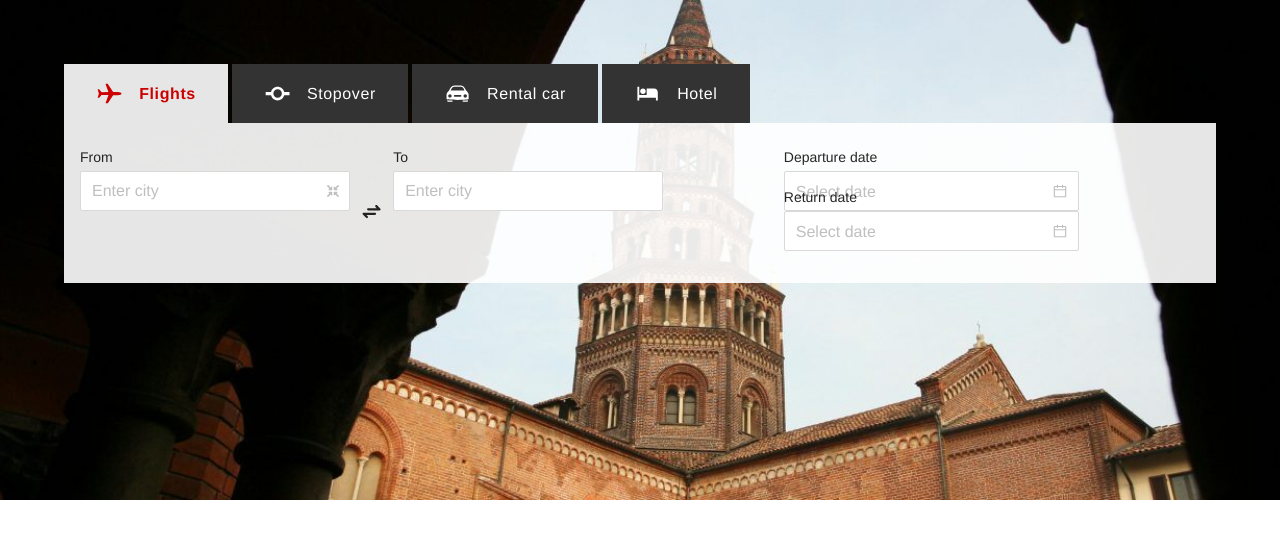
Repository: guidogr95/Everymundo-Excercise
Page: /
An editor plug-in stored every save of this project. The page is shown before and after the next save, followed by the edit.
The browser window is 1280 px wide. The pictures show the whole page.
The project was rebuilt for these pictures with package versions that can differ from the ones it lists, and the page was loaded fresh each time. Also part of the build but not shown: src/components/CustomSpin/customspin.scss.

Above is the page before, as saved 2021-07-01 20:02:19.

### src/index.jsx
import React from 'react';
import ReactDOM from 'react-dom';
import App from './App';
import reportWebVitals from './reportWebVitals';
// redux
import { createStore } from 'redux'
import { Provider } from 'react-redux'
import { flightReducer } from 'src/redux/reducers/flightReducer'
const store = createStore(flightReducer)

ReactDOM.render(
  <React.StrictMode>
    <Provider store={store}>
      <App />
    </Provider>
  </React.StrictMode>,
  document.getElementById('root')
);

// If you want to start measuring performance in your app, pass a function
// to log results (for example: reportWebVitals(console.log))
// or send to an analytics endpoint. Learn more: https://bit.ly/CRA-vitals
reportWebVitals();

### src/App.jsx
// utils
import {
  QueryClient,
  QueryClientProvider,
} from 'react-query'
// styles
import 'antd/dist/antd.css';
import './app.scss';
// components
import BookingMask from 'src/components/BookingMask'

const queryClient = new QueryClient({
  defaultOptions: {
    queries: {
      refetchOnWindowFocus: false,
    },
  },
})

function App() {
  return (
    <QueryClientProvider client={queryClient}>
      <div className="App">
        <div className="flightmanager-container container" >
          <BookingMask />
        </div>
      </div>
    </QueryClientProvider>
  );
}

export default App;

### src/redux/reducers/flightReducer.js
const initialState = {
    geo: {
      origin: '',
      desination: ''
    },
    date: {
      departure: '',
      toReturn: '',
    }
};

export const flightReducer = (state = initialState, action) => {
  switch(action.type){
    case '@geo/update-origin':
      return {
          ...state,
          geo: {
          ...state.geo,
          origin: action.payload
        }
      }
    case '@geo/update-destination':
      return {
          ...state,
          geo: {
          ...state.geo,
          destination: action.payload
        }
      }
    case '@date/update-departure':
      return {
          ...state,
          date: {
          ...state.date,
          departure: action.payload
        }
      }
    case '@date/update-to-return':
      return {
          ...state,
          date: {
          ...state.date,
          toReturn: action.payload
        }
      }
    default:
      return state;
  }
}

// action creators
// @geo
export const geoUpdateOrigin = (payload) => {
  return {
    type: '@geo/update-origin',
    payload
  }
}
export const geoUpdateDestination = (payload) => {
  return {
    type: '@geo/update-destination',
    payload
  }
}
// @date
export const dateUpdateDeparture = (payload) => {
  return {
    type: '@date/update-departure',
    payload
  }
}
export const dateUpdateToReturn = (payload) => {
  return {
    type: '@date/update-to-return',
    payload
  }
}

### src/app.scss
@import 'styles/global';

.App {
  .container {
    width: $desktop-maxwidth;
    max-width: 100%;
  }
  .flightmanager-container {
    background: url('./assets/images/bg.jpg');
    background-size: cover;
    background-position: center;
    min-height: 500px;
    margin: auto;
    padding: 4rem;
  }
}

### src/components/BookingMask/index.jsx
import { useState } from 'react'
// styles
import './bookingmask.scss'
// assets
import { IoIosAirplane, IoMdGitCommit, IoIosCar, IoMdBed } from 'react-icons/io'
// components
import EmptyTab from './EmptyTab'
import FlightsTab from './FlightsTab'

const BookingMask = () => {
  const tabs = [
    {
      name: 'Flights',
      icon: <IoIosAirplane />,
      component: <FlightsTab />
    },
    {
      name: 'Stopover',
      icon: <IoMdGitCommit />,
      component: <EmptyTab />
    },
    {
      name: 'Rental car',
      icon: <IoIosCar />,
      component: <EmptyTab />
    },
    {
      name: 'Hotel',
      icon: <IoMdBed />,
      component: <EmptyTab />
    }
  ]

  const [activeTab, setActiveTab] = useState(tabs[0].name)
  const handleTab = name => setActiveTab(name)

  return (
    <section className="bookingmask" >
      <ul className="bookingmask__nav" >
        {tabs.map(tab =>
          <button
            className={activeTab === tab.name ? 'active' : ''}
            onClick={() => handleTab(tab.name)}
            key={tab.name}
          >
            {tab.icon}<span>{tab.name}</span>
          </button>
        )}
      </ul>
      <div className="bookingmask__tabs-wrapper" >
          {tabs.map(tab =>
            <div
              key={tab.name}
              className={`bookingmask__tab${activeTab === tab.name ? ' active' : ''}`}
            >
              {tab.component}
            </div>
          )}
      </div>
    </section>
  )
}

export default BookingMask

### src/styles/_global.scss
@import 'variables';
@import 'mixins';

html,
body {
  position: relative;
  padding: 0;
  margin: 0;
  font-family: $font-family;
  -webkit-text-size-adjust: 100%;
  -webkit-font-smoothing: auto;
  -moz-font-smoothing: auto;
  -moz-osx-font-smoothing: auto;
  --antd-wave-shadow-color: #c00;
}
* {
  box-sizing: border-box;
}
ul {
  margin: 0;
  padding: 0;
}
button {
  border: none;
  cursor: pointer;
}
.ant-select {
  min-width: 270px;
}
.ant-select:not(.ant-select-disabled):hover .ant-select-selector,
.ant-select-focused:not(.ant-select-disabled).ant-select:not(.ant-select-customize-input) .ant-select-selector {
  border-color: $color-red !important;
}
body::-moz-selection,
body::selection {
  color: $color-red !important;
  background: $color-red !important;
}

### src/styles/_variables.scss
// measurements
$desktop-maxwidth: 90rem;
// colors
$color-red: #c00;
$color-gray: #333333;
$color-white: #fff;
// fonts
// font-family
$font-family: SwissText,Helvetica,Arial,sans-serif,LufthansaMamSymbolText;
// font-weight
$font-weight-medium: 700;
$font-weight-small: 300;
// font-size
$font-size-normal: 1rem;
$font-size-large: 1.7rem;
// line height
$line-height-medium: 2.2rem;
// letter spacing
$letter-spacing-small: .6px;

// tab variables
// colors
$color-active-tab-bg: hsla(0,0%,100%,.9);
// padding
$padding-tab-link: 1rem 2rem;
$padding-tab-content: 3rem 1rem 2rem 1rem;
// margin
$margin-tab-link: 0 0 0 .25rem;

### src/styles/_mixins.scss
// MIXINS
@mixin breakpoint($point) {
  @media (max-width: $point) {
    @content;
  }
}

### src/components/BookingMask/bookingmask.scss
@import '/src/styles/variables';
.bookingmask {
  &__nav {
    list-style: none;
    button {
      &:not(:first-of-type) {
        margin: $margin-tab-link;
      }
      color: $color-white;
      background: $color-gray;
      padding: $padding-tab-link;
      display: inline-flex;
      align-items: center;
      font-size: $font-size-normal;
      font-weight: $font-weight-small;
      letter-spacing: $letter-spacing-small;
      &.active {
        color: $color-red;
        font-weight: $font-weight-medium;
        background-color: $color-active-tab-bg;
      }
      svg {
        margin-right: 1rem;
        font-size: $font-size-large;
      }
    }
  }
  &__tabs-wrapper {
    position: relative;
  }
  &__tab {
    position: absolute;
    top: 0;
    left: 0;
    right: 0;
    padding: $padding-tab-content;
    background-color: $color-active-tab-bg;
    display: none;
    &.active {
      display: block;
    }
  }
}

### src/components/BookingMask/EmptyTab/index.jsx
const EmptyTab = () => {
  return (
    <div>
      some more stuff
    </div>
  )
}

export default EmptyTab

### src/components/BookingMask/FlightsTab/index.jsx

// components
import AirportInputs from './AirportInputs'
import DateInputs from './DateInputs'

import './flightstab.scss'

export default function FlightsTab () {
  return (
    <div className="bookingmask__flight" >
      <AirportInputs/>
      <DateInputs/>
    </div>
  )
}

### src/components/BookingMask/FlightsTab/AirportInputs/index.jsx
// assets
import { CgArrowsExchange } from 'react-icons/cg'
import { FaCompressArrowsAlt } from 'react-icons/fa'
// components
import AirportInput from './AirportInput'
// redux
import { useDispatch, useSelector } from 'react-redux'
import { geoUpdateOrigin, geoUpdateDestination } from 'src/redux/reducers/flightReducer'

import './airportinputs.scss'

export default function AirportInputs () {
  const state = useSelector(state => state.geo)
  const dispatch = useDispatch()
  const { origin, destination } = state

  return (
    <div className="bookingmask__flight--geo" >
      <AirportInput
        label="From"
        value={origin}
        setValue={(v) => dispatch(geoUpdateOrigin(v))}
        placeholder="Enter city"
        id="fromInput"
        showArrow={true}
        suffixIcon={<FaCompressArrowsAlt/>}
        />
      <span className="separator" >
        <CgArrowsExchange/>
      </span>
      <AirportInput
        label="To"
        value={destination}
        setValue={(v) => dispatch(geoUpdateDestination(v))}
        placeholder="Enter city"
        id="toInput"
        showArrow={false}
      />
    </div>
  )
}

### src/components/BookingMask/FlightsTab/DateInputs/index.jsx
// components
import DateInput from './DateInput'
// redux
import { useDispatch } from 'react-redux'
import { dateUpdateDeparture, dateUpdateToReturn } from 'src/redux/reducers/flightReducer'

export default function DateInputs () {
  const dispatch = useDispatch()
  return (
    <div className="bookingmask__flight--date" >
      <DateInput
          label="Departure date"
          id="depInput"
          setValue={(v) => dispatch(dateUpdateDeparture(v))}
      />

      <DateInput
          label="Return date"
          id="returnInput"
          setValue={(v) => dispatch(dateUpdateToReturn(v))}
      />
    </div>
  )
}

### src/components/BookingMask/FlightsTab/flightstab.scss
@import '/src/styles/variables';
.bookingmask__flight {
  display: grid;
  grid-template-columns: repeat(3, auto);
  .separator {
    display: flex;
    align-items: center;
    font-size: $font-size-large;
    padding: 0 .5rem;
  }
}

### src/components/BookingMask/FlightsTab/AirportInputs/AirportInput/index.jsx
import { useCallback, useState, useMemo } from 'react'
// utils
import throttle from 'lodash/throttle'
import { Select } from 'antd'
// api
import { fetchAirports } from 'src/api/fetchers'
// components
import CustomSpin from 'src/components/CustomSpin'

import './airportinput.scss'

const { Option } = Select;

const AirportInput = ({ placeholder, showArrow, suffixIcon, label, id , value, setValue }) => {

  const [isLoading, setIsLoading] = useState(false)
  const [data, setData] = useState([])

  const throttledFetch = useMemo(
    () =>
      throttle(val => {
        fetchAirports(val)
        .then((res) => setData(res.data || []))
        .catch(() => setData([]))
        .finally(() => {
          setIsLoading(false)
        })
      }, 2000),
    []
  )
  const handleSelect = useCallback(
    val => {
      setIsLoading(true)
      const innerVal = val || ''
      setValue(innerVal)
      // fetching api accepts a min of 3 letters for search
      if (innerVal.length <= 2) {
        setData([])
        setIsLoading(false)
      } else {
        throttledFetch(val)
      }
    },
    [throttledFetch, setValue]
  )

  return (
    <div className="airportinput__wrapper" >
      {label && <label htmlFor={id} >{label}</label>}
      <Select
        showSearch
        allowClear
        id={id}
        placeholder={placeholder || 'Enter city'}
        value={value || undefined}
        onSearch={handleSelect}
        onChange={(val) => setValue(val)}
        onClear={handleSelect}
        size='large'
        showArrow={showArrow}
        suffixIcon={suffixIcon}
        optionLabelProp='value'
        defaultActiveFirstOption={false}
        dropdownClassName="airportinput__dropdown"
        filterOption={false}
        notFoundContent={isLoading ? <CustomSpin size="medium"/> : null}
      >
        {data.length > 0
          ? data.map(airport =>
            <Option key={airport.iata} value={`${airport.city} - ${airport.iata}`} >
              <span>{airport.name}</span>
              <span>{airport.iata}</span>
              <span>{airport.country.name}</span>
            </Option>)
          : null
        }
      </Select>
    </div>
  )
}

export default AirportInput

### src/components/BookingMask/FlightsTab/AirportInputs/airportinputs.scss
.bookingmask__flight--geo {
  display: flex;
}

### src/components/BookingMask/FlightsTab/DateInputs/DateInput/index.jsx
import { DatePicker } from 'antd'
import { useState } from 'react'

import './dateinput.scss'

const DateInput = ({ id, label, setValue }) => {
  const [dateObj, setDateObj] = useState('')
  const onChange = (date, dateString) => {
    setDateObj(date)
    setValue(dateString)
  }
  return (
    <div className="dateinput__wrapper" >
      {label && <label htmlFor={id} >{label}</label>}
      <DatePicker
        size="large"
        id={id}
        value={dateObj}
        onChange={onChange}
      />
    </div>
  )
}

export default DateInput

### src/api/fetchers.js
// utils
import axios from 'axios'

const apiUrl = 'https://airportnames.vercel.app/api'

const fetchAirports = (term) => axios.post(`${apiUrl}/getAirports`, { term })

export {
  fetchAirports
}

### src/components/CustomSpin/index.jsx
import { Spin } from 'antd'
import { LoadingOutlined } from '@ant-design/icons'

import './customspin.scss'

const antIcon = <LoadingOutlined className="customspin" spin />

const CustomSpin = (props) => <Spin indicator={antIcon} {...props} />

export default CustomSpin

### src/components/BookingMask/FlightsTab/AirportInputs/AirportInput/airportinput.scss
.airportinput__dropdown {
  .ant-select-item-empty {
    text-align: center;
  }
  .ant-select-item-option-content {
    display: flex;
    flex-direction: column;
    span:nth-of-type(2) {
      font-weight: bold;
    }
  }
}
.airportinput__wrapper {
  display: flex;
  flex-direction: column;
  position: relative;
  label {
    position: absolute;
    left: 0;
    bottom: calc(100% + .2rem);
  }
}

### src/components/BookingMask/FlightsTab/DateInputs/DateInput/dateinput.scss
.dateinput__wrapper {
  display: flex;
  flex-direction: column;
  position: relative;
  label {
    position: absolute;
    left: 0;
    bottom: calc(100% + .2rem);
  }
}

### src/components/BookingMask/FlightsTab/DateInputs/dateinputs.scss
.bookingmask__flight--date {
  display: flex;
}

Loaded but not shown: public/index.html (common file); src/reportWebVitals.js (common file)

After the next save:
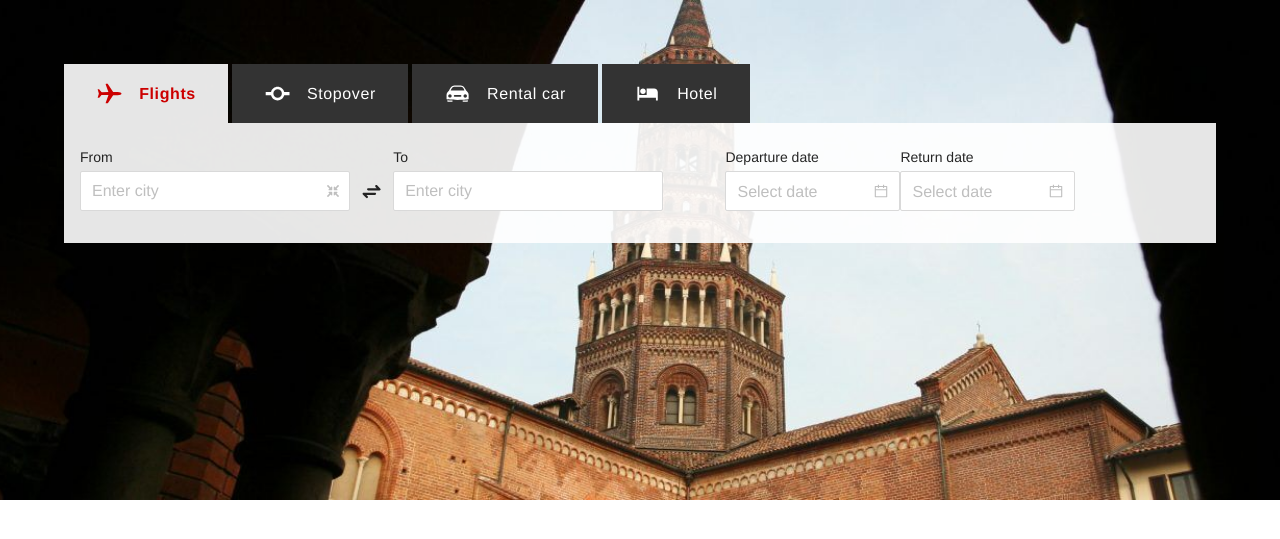
Saved 21 s later.
--- a/src/components/BookingMask/FlightsTab/DateInputs/index.jsx
+++ b/src/components/BookingMask/FlightsTab/DateInputs/index.jsx
@@ -3,6 +3,8 @@ import DateInput from './DateInput'
 // redux
 import { useDispatch } from 'react-redux'
 import { dateUpdateDeparture, dateUpdateToReturn } from 'src/redux/reducers/flightReducer'
+
+import './dateinputs.scss'
 
 export default function DateInputs () {
   const dispatch = useDispatch()
